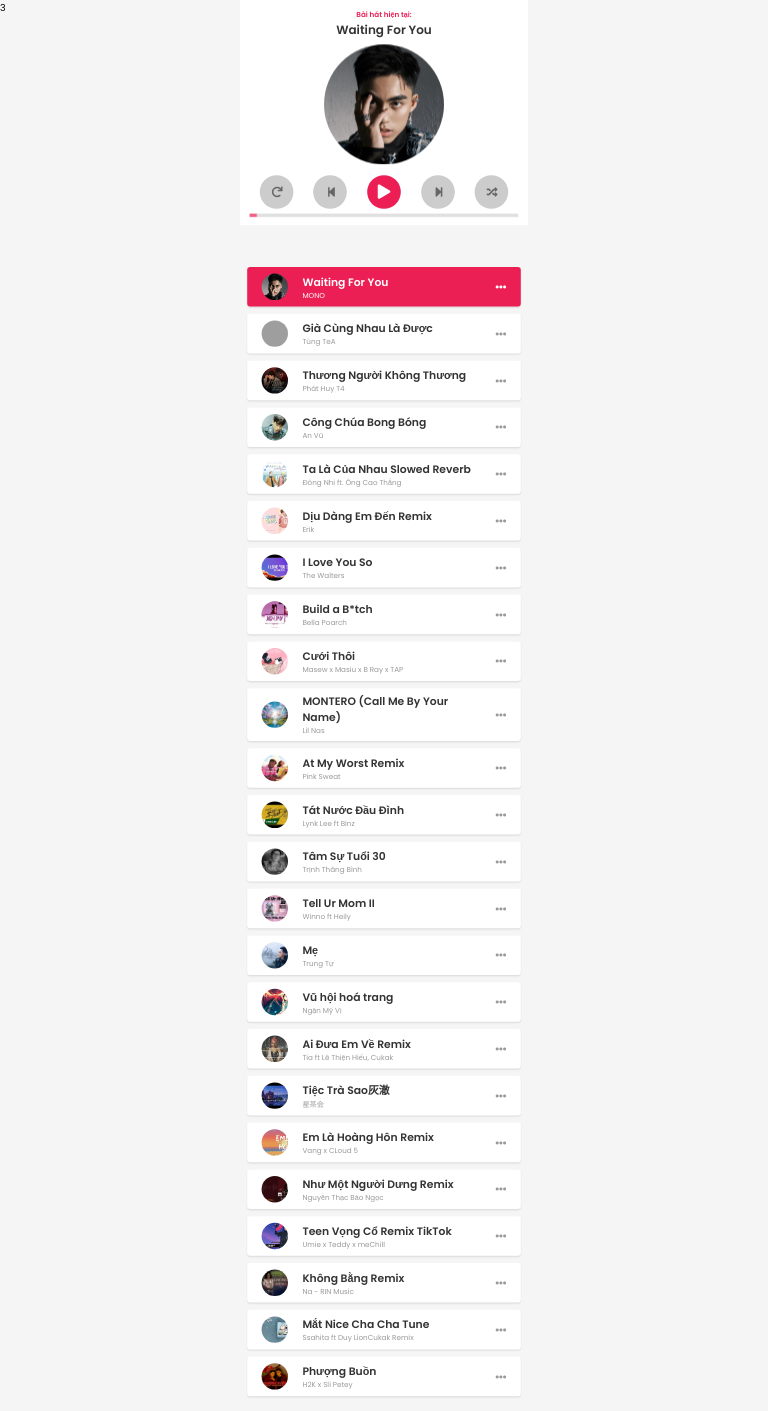
Repository: hopcodedao/music
Page: index.html
An editor plug-in stored every save of this project. The page is shown before and after the next save, followed by the edit.
The browser window is 1280 px wide. The pictures show the whole page, at 60% of full size.
Pictures or frames that could not be fetched are drawn as grey boxes.

Above is the page before, as saved 2022-09-06 21:44:41.
Console error: ReferenceError: _this is not defined

### index.html
3<!DOCTYPE html>
<html lang="en">
<head>
  <meta charset="UTF-8">
  <meta http-equiv="X-UA-Compatible" content="IE=edge">
  <meta name="viewport" content="width=device-width, initial-scale=1.0">
  <title>Hợp Music</title>
  <link rel="stylesheet" href="https://cdnjs.cloudflare.com/ajax/libs/font-awesome/5.15.2/css/all.min.css" integrity="sha512-HK5fgLBL+xu6dm/Ii3z4xhlSUyZgTT9tuc/hSrtw6uzJOvgRr2a9jyxxT1ely+B+xFAmJKVSTbpM/CuL7qxO8w==" crossorigin="anonymous" />
  <link rel="preconnect" href="https://fonts.gstatic.com">
  <link href="https://fonts.googleapis.com/css2?family=Poppins:wght@300;400;600&display=swap" rel="stylesheet">
  <link rel="stylesheet" href="./assets/css/ok.css">
  <link rel="icon" href="./assets/img/iconlogo.png" type="image/x-icon" sizes="192x192">
</head>
<body>

<div class="player">
  <!-- Dashboard -->
  <div class="dashboard">
    <!-- Header -->
    <header>
      <h4>Bài hát hiện tại:</h4>
      <h2>String 57th & 9th</h2>
    </header>

    <!-- CD -->
    <div class="cd">
      <div class="cd-thumb" style="background-image: url('https://i.ytimg.com/vi/jTLhQf5KJSc/maxresdefault.jpg')">
      </div>
    </div>

    <!-- Control -->
    <div class="control">
      <div class="btn btn-repeat">
        <i class="fas fa-redo"></i>
      </div>
      <div class="btn btn-prev">
        <i class="fas fa-step-backward"></i>
      </div>
      <div class="btn btn-toggle-play">
        <i class="fas fa-pause icon-pause"></i>
        <i class="fas fa-play icon-play"></i>
      </div>
      <div class="btn btn-next">
        <i class="fas fa-step-forward"></i>
      </div>
      <div class="btn btn-random">
        <i class="fas fa-random"></i>
      </div>
    </div>

    <input id="progress" class="progress" type="range" value="0" step="1" min="0" max="100">

    <audio id="audio" src=""></audio>
  </div>

  <!-- Playlist -->
  <div class="playlist">

</div>

<script src="app.js"></script>


</body>
</html>

### assets/css/ok.css
:root {
    --primary-color: #ec1f55;
    --text-color: #333;
  }

  * {
    padding: 0;
    margin: 0;
    box-sizing: inherit;
  }

  body {
    background-color: #f5f5f5;
  }

  html {
    box-sizing: border-box;
    font-family: "Poppins", sans-serif;
  }

  .player {
    position: relative;
    max-width: 480px;
    margin: 0 auto;
  }

  .player .icon-pause {
    display: none;
  }

  .player.playing .icon-pause {
    display: inline-block;
  }

  .player.playing .icon-play {
    display: none;
  }

  .dashboard {
    padding: 16px 16px 14px;
    background-color: #fff;
    position: fixed;
    top: 0;
    width: 100%;
    max-width: 480px;
    border-bottom: 1px solid #ebebeb;
  }

  /* HEADER */
  header {
    text-align: center;
    margin-bottom: 10px;
  }

  header h4 {
    color: var(--primary-color);
    font-size: 12px;
  }

  header h2 {
    color: var(--text-color);
    font-size: 20px;
  }

  /* CD */
  .cd {
    display: flex;
    margin: auto;
    width: 200px;
  }

  .cd-thumb {
    width: 100%;
    padding-top: 100%;
    border-radius: 50%;
    background-color: #333;
    background-size: cover;
    margin: auto;
  }

  /* CONTROL */
  .control {
    display: flex;
    align-items: center;
    justify-content: space-around;
    padding: 18px 0 8px 0;
  }

  .control .btn {
    color: #666;
    padding: 18px;
    font-size: 18px;
  }

  .control .btn.active {
    color: var(--primary-color);
  }

  .control .btn-toggle-play {
    width: 56px;
    height: 56px;
    border-radius: 50%;
    font-size: 24px;
    color: #fff;
    display: flex;
    align-items: center;
    justify-content: center;
    background-color: var(--primary-color);
  }

  .progress {
    width: 100%;
    -webkit-appearance: none;
    height: 6px;
    background: #d3d3d3;
    outline: none;
    opacity: 0.7;
    -webkit-transition: 0.2s;
    transition: opacity 0.2s;
  }

  .progress::-webkit-slider-thumb {
    -webkit-appearance: none;
    appearance: none;
    width: 12px;
    height: 6px;
    background-color: var(--primary-color);
    cursor: pointer;
  }

  /* PLAYLIST */
  .playlist {
    margin-top: 408px;
    padding: 12px;
  }

  .song {
    display: flex;
    align-items: center;
    margin-bottom: 12px;
    background-color: #fff;
    padding: 8px 16px;
    border-radius: 5px;
    box-shadow: 0 2px 3px rgba(0, 0, 0, 0.1);
  }

  .song.active {
    background-color: var(--primary-color);
  }

  .song:active {
    opacity: 0.8;
  }

  .song.active .option,
  .song.active .author,
  .song.active .title {
    color: #fff;
  }

  .song .thumb {
    width: 44px;
    height: 44px;
    border-radius: 50%;
    background-size: cover;
    margin: 0 8px;
  }

  .song .body {
    flex: 1;
    padding: 0 16px;
  }

  .song .title {
    font-size: 18px;
    color: var(--text-color);
  }

  .song .author {
    font-size: 12px;
    color: #999;
  }

  .song .option {
    padding: 16px 8px;
    color: #999;
    font-size: 18px;
  }
  .btn.btn-repeat,
  .btn.btn-prev,
  .btn.btn-next,
  .btn.btn-random{
      background-color:#ccc;
    border-radius: 50%;
    width: 56px;
    height: 56px;
    display: flex;
    align-items: center;
    justify-content: flex-end;
  }
  .btn.btn-repeat:hover,
  .btn.btn-prev:hover,
  .btn.btn-next:hover,
  .btn.btn-random:hover
  {
    cursor: pointer;
    background-color:rgb(199, 196, 196);
    border-radius: 50%;
  }

  .btn.btn-toggle-play:hover{
      cursor: pointer;
  }

  .song:hover{
      cursor: pointer;
  }

### app.js
const $ =document.querySelector.bind(document)
const $$ =document.querySelectorAll.bind(document)
const PLAYER_STORAGE_KEY ='MINH_QUAN'

const heading = $('header h2')
const cdThumb = $('.cd-thumb')
const audio = $('#audio')
const cd = $('.cd')
const playBtn = $('.btn-toggle-play')
const player = $('.player')
const progress = $('#progress')
const nextBtn = $('.btn-next')
const prevBtn = $('.btn-prev')
const randomBtn = $('.btn-random')
const repeatBtn = $('.btn-repeat')
const playlist = $('.playlist')

const app = {
    currentIndex: 0,
    isPlaying: false,
    isRandom:false,
    isRepeat:false,
    config: JSON.parse(localStorage.getItem('PLAYER_STORAGE_KEY')) || {},
    songs : [
        {
            name: 'Waiting For You',
            singer: 'MONO',
            path: './assets/songs/Waiting For You.mp3',
            image: './assets/img/mono.jpg'
        },
        {
            name: 'Già Cùng Nhau Là Được',
            singer: 'Tùng TeA',
            path: './assets/songs/Già Cùng Nhau Là Được.mp3',
            image: './assets/img/gcnld.jpg'
        },
        {
            name: 'Thương Người Không Thương',
            singer: 'Phát Huy T4',
            path: './assets/songs/Thương Người Không Thương.mp3',
            image: './assets/img/tnkt.jfif'
        },
        {
            name: 'Công Chúa Bong Bóng',
            singer: 'An Vũ',
            path: './assets/songs/Công Chúa Bong Bóng.mp3',
            image: './assets/img/anvu.jpg'
        },
        {
            name: 'Ta Là Của Nhau Slowed Reverb',
            singer: 'Đông Nhi ft. Ông Cao Thắng',
            path: './assets/songs/Ta Là Của Nhau Slowed Reverb.mp3',
            image: './assets/img/talacuanhau.jpg'
        },
        {
            name: 'Dịu Dàng Em Đến Remix',
            singer: 'Erik',
            path: './assets/songs/Dịu Dàng Em Đến  ERIKCukak Remix.mp3',
            image: './assets/img/diudangngayemden.jpg'
        },
        {
            name: 'I Love You So',
            singer: 'The Walters',
            path: './assets/songs/I Love You So .mp3',
            image: './assets/img/0.jpg'
        },
        {
            name: 'Build a B*tch',
            singer: ' Bella Poarch',
            path: './assets/songs/y2mate.com - Build a Btch  Bella Poarch Lyrics  Vietsub .mp3',
            image: './assets/img/buildabitch.jpg'
        },
        {
            name: ' Cưới Thôi',
            singer: 'Masew x Masiu x B Ray x TAP',
            path: './assets/songs/y2mate.com - Cưới Thôi  Masew x Masiu x B Ray x TAP  Lyrics Audio .mp3',
            image: './assets/img/cuoithoi.jpg'
        },
        {
            name: 'MONTERO (Call Me By Your Name) ',
            singer: 'Lil Nas',
            path: './assets/songs/y2mate.com - Lil Nas X  MONTERO Call Me By Your Name Lyrics.mp3',
            image: './assets/img/montero.jpg'
        },
        {
            name: ' At My Worst Remix',
            singer: 'Pink Sweat',
            path: './assets/songs/y2mate.com - Pink Sweat  At My Worst Remix Lyrics Ft Kehlani.mp3',
            image: './assets/img/atmyworst.jpg'
        },
        {
            name: 'Tát Nước Đầu Đình',
            singer: 'Lynk Lee ft Binz',
            path: './assets/songs/y2mate.com - Tát Nước Đầu Đình  Lynk Lee ftBinz Cowvy Mix.mp3',
            image: './assets/img/tatnuocdaudinh.jpg'
        },
        {
            name: ' Tâm Sự Tuổi 30',
            singer: 'Trịnh Thăng Bình',
            path: './assets/songs/y2mate.com - TÂM SỰ TUỔI 30  TRỊNH THĂNG BÌNH  OST ÔNG NGOẠI TUỔI 30.mp3',
            image: './assets/img/tamuuoi30.jpg'
        },
        {
            name: ' Tell Ur Mom II',
            singer: 'Winno ft Heily',
            path: './assets/songs/y2mate.com - Tell Ur Mom II  Winno ft HeilyCukak Remix Audio Lyrics Video.mp3',
            image: './assets/img/tell.jpg'
        },
        {
            name: 'Mẹ',
            singer: 'Trung Tự',
            path: './assets/songs/y2mate.com - Trung Tự  Mẹ  Xa Nhà  BFF Remix Lofi Ver    Dự Án Lofi 02 .mp3',
            image: './assets/img/me.jpg'
        },
        {
            name: 'Vũ hội hoá trang',
            singer: ' Ngận Mỹ Vị',
            path: './assets/songs/y2mate.com - Vietsub Vũ hội hoá trang  Ngận Mỹ Vị   假面舞会  很美味.mp3',
            image: './assets/img/vuhoihoatrang.jpg'
        },
        {
            name: 'Ai Đưa Em Về Remix',
            singer: 'Tia ft Lê Thiện Hiếu, Cukak ',
            path: './assets/songs/y2mate.com - Ai Đưa Em Về  Tia ft Lê Thiện HiếuCukak Remix Audio Lyrics Video.mp3',
            image: './assets/img/aiduaemve.jpg'
        },
        {
            name: 'Tiệc Trà Sao灰澈',
            singer: '星茶会',
            path: './assets/songs/y2mate.com - 星茶会  Tiệc Trà Sao灰澈  Nhạc Douyin.mp3',
            image: './assets/img/tiệctrasao.jpg'
        },
        {
            name: 'Em Là Hoàng Hôn Remix',
            singer: 'Vang x CLoud 5',
            path: './assets/songs/y2mate.com - Em Là Hoàng Hôn Frexs Remix  Vang x CLoud 5  Má Của Em Tựa Hồng Cành Thắm Remix.mp3',
            image: './assets/img/emlahoanghon.jpg'
        },
        {
            name: 'Như Một Người Dưng Remix ',
            singer: 'Nguyễn Thạc Bảo Ngọc',
            path: './assets/songs/y2mate.com - Như Một Người Dưng Remix  từng ngày em vẫn bên anh thế nhưng anh vương vấn điều gì Hot TikTok 2021.mp3',
            image: './assets/img/nhumotnguoidung.jpg'
        },
        {
            name: 'Teen Vọng Cổ Remix TikTok',
            singer: 'Umie x Teddy x meChill',
            path: './assets/songs/y2mate.com - Teen Vọng Cổ Remix TikTok Umie x Teddy x meChill.mp3',
            image: './assets/img/teenvongco.jpg'
        },
        {
            name: 'Không Bằng Remix ',
            singer: 'Na - RIN Music',
            path: './assets/songs/y2mate.com - Nói Với Em Một Lời Trước Khi Xa Rời  Không Bằng RIN Music Remix  Na.mp3',
            image: './assets/img/khongbang.jpg'
        },
        {
            name: 'Mắt Nice Cha Cha Tune ',
            singer: ' Ssahita ft Duy LionCukak Remix',
            path: './assets/songs/y2mate.com - Mắt Nice Cha Cha Tune  Ssahita ft Duy LionCukak Remix Audio Lyrics Video.mp3',
            image: './assets/img/matnai.jpg'
        },
        {
            name: ' Phượng Buồn',
            singer: 'H2K x Sli Petey',
            path: './assets/songs/y2mate.com - Phượng Buồn  H2K x Sli Petey by H2K  VN MIXCLOUD.mp3',
            image: './assets/img/phuongbuon.jpg'
        },
            ],
    setConfig: function (key, value) {
        this.config[key] = value;
        localStorage.setItem(PLAYER_STORAGE_KEY, JSON.stringify(this.config))
    },
    render: function () {
        const htmls = this.songs.map((song, index) => {
            return `
            <div class="song ${index === this.currentIndex ? 'active' : ''}" data-index="${index}">
                <div class="thumb" style="background-image: url('${song.image}')">
                </div>
                <div class="body">
                    <h3 class="title">${song.name}</h3>
                    <p class="author">${song.singer}</p>
                </div>
                <div class="option">
                    <i class="fas fa-ellipsis-h"></i>
                </div>
            </div>
            `
        })
        $('.playlist').innerHTML = htmls.join('')
    },
    defineProperties:function () {
        Object.defineProperty(this, 'currentSong',{
            get: function () {
                return this.songs[this.currentIndex]
            }
        })
    },
    handleEvents: function () {
        const _this = this
        const cdWidth = cd.offsetWidth

        //Xử lý CD quay / dừng
        const cdThumbAnimate = cdThumb.animate([
            {transform: 'rotate(360deg)'}
        ],{
            duration: 10000, //10s
            iterations: Infinity
        })
        cdThumbAnimate.pause()

        //Xử lý phóng to / thu nhỏ CD
        document.onscroll = function () {
            const scrollTop = window.scrollY
            const newCdWidth = cdWidth - scrollTop

            cd.style.width = newCdWidth > 0 ? newCdWidth + 'px' : 0
            cd.style.opacity = newCdWidth / cdWidth

        }

        //Xử lý khi click play
        playBtn.onclick = function() {
            if(_this.isPlaying) {
                audio.pause()
            }else{
                audio.play()
            }
        }

        //Khi song play
        audio.onplay = function () {
            _this.isPlaying = true
            player.classList.add('playing')
            cdThumbAnimate.play()
        }

        //Khi song pause
        audio.onpause = function () {
            _this.isPlaying = false
            player.classList.remove('playing')
            cdThumbAnimate.pause()
        }

        //Khi tiến độ bài hát thay đổi
        audio.ontimeupdate = function () {
            if(audio.duration){
                const progressPercent = Math.floor(audio.currentTime / audio.duration *100)
                progress.value = progressPercent
            }
        }

        //Khi tua song
        progress.onchange = function (e) {
            const seekTime = audio.duration / 100 * e.target.value
            audio.currentTime = seekTime
        }

        //Khi next song
        nextBtn.onclick = function () {
            if (_this.isRandom) {
                _this.playRandomSong()
            } else {
                _this.nextSong()
            }
            audio.play()
            _this.render()
            _this.scrollToActiveSong()
        }
        //Khi prev song
        prevBtn.onclick = function () {
            if (_this.isRandom) {
                _this.playRandomSong()
            } else {
                _this.prevSong()
            }
            audio.play()
            _this.render()
            _this.scrollToActiveSong()
        }
        //Khi random bài hát
        randomBtn.onclick = function () {
            _this.isRandom = !_this.isRandom
            _this.setConfig('isRandom', _this.isRandom)
            randomBtn.classList.toggle('active', _this.isRandom)
        }

        //Phát lại 1 bài hát
        repeatBtn.onclick = function () {
            _this.isRepeat = !_this.isRepeat
            _this.setConfig('isRepeat', _this.isRepeat)
            repeatBtn.classList.toggle('active', _this.isRepeat)
        }

        //Xử lý next song song khi audio ended
        audio.onended = function () {
            if (_this.isRepeat){
                audio.play()
            } else {
                nextBtn.click()
            }
        }
        //Lắng nghe hành vi click vào play list
        playlist.onclick = function (e) {
            const songNode = e.target.closest('.song:not(.active)')
            if(songNode || e.target.closest('.option')) {
                //Xử lý khi click vào song
                 {if (songNode) {
                    _this.currentIndex = Number(songNode.dataset.index)
                    _this.loadCurrentSong()
                    audio.play()
                    _this.render()
                }
                }
                //Xử lý khi click vào option
                if(e.target.closest('.option')){

                }
            }
        }
    },
    scrollToActiveSong: function () {
        if(this.currentIndex === 0){
            document.documentElement.scrollTop = 0
        }
        setTimeout(() =>{
            $('.song.active').scrollIntoView({
                behavior: 'smooth',
                block:'nearest',
            })
        },0)
    },
    loadCurrentSong: function () {
        heading.textContent = this.currentSong.name
        cdThumb.style.backgroundImage = `url('${this.currentSong.image}')`
        audio.src = this.currentSong.path

        console.log(heading, cdThumb, audio)

    },
    loadConfig: function () {
        this.isRandom = this.config.isRandom
        this.isRepeat = this.config.isRepeat
    },
    nextSong: function () {
        this.currentIndex++
        if(this.currentIndex >= this.songs.length ) {
            this.currentIndex = 0
        }
        this.loadCurrentSong()
    },
    prevSong: function () {
        this.currentIndex--
        if(this.currentIndex < 0) {
            this.currentIndex = this.songs.length - 1
        }
        this.loadCurrentSong()
    },
    playRandomSong: function () {
        let newIndex
        do {
            newIndex = Math.floor(Math.random() * this.songs.length)
        } while(newIndex === this.currentIndex)

        this.currentIndex = newIndex
        this.loadCurrentSong()
    },
    start: function () {
        //Gán cấu hình từ cònfig vào app
        // this.loadConfig()

        //Định nghĩa các thuộc tính cho object
        this.defineProperties()

        //Lắng nghe xử lý các sự kiện (DOM event)
        this.handleEvents()


        //Tải thông tin bài hát đầu tiên vào UI khi chạy ứng dụng
        this.loadCurrentSong()

        //Render playlist
        this.render()

        //Hiển thị trạng thái ban đầu của button repeat và ban đầu
        randomBtn.classList.toggle('active', _this.isRandom)
        repeatBtn.classList.toggle('active', _this.isRepeat)
    }
}
app.start()

After the next save:
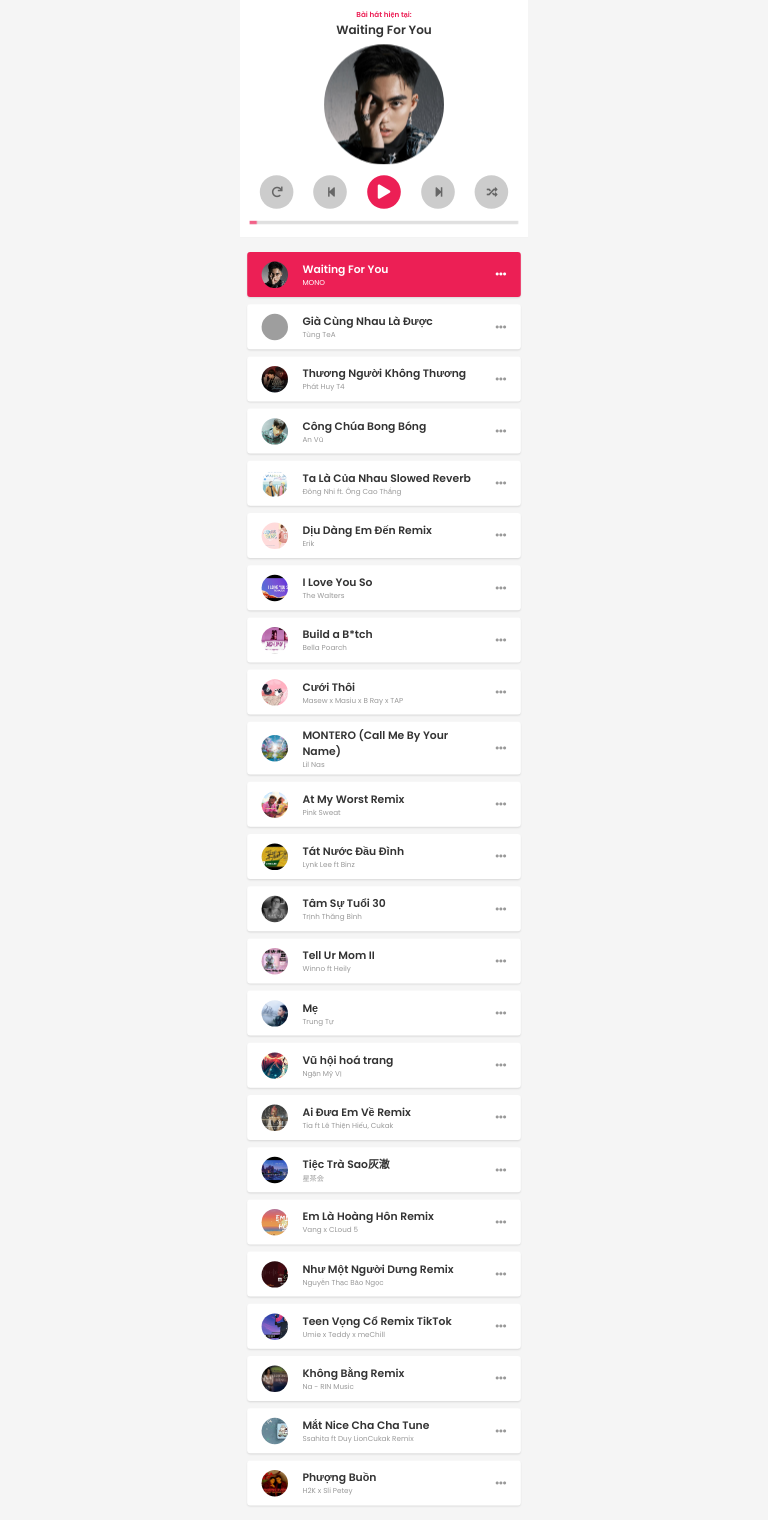
Saved 12 min 11 s later.
--- a/index.html
+++ b/index.html
@@ -1,4 +1,4 @@
-3<!DOCTYPE html>
+<!DOCTYPE html>
 <html lang="en">
 <head>
   <meta charset="UTF-8">
